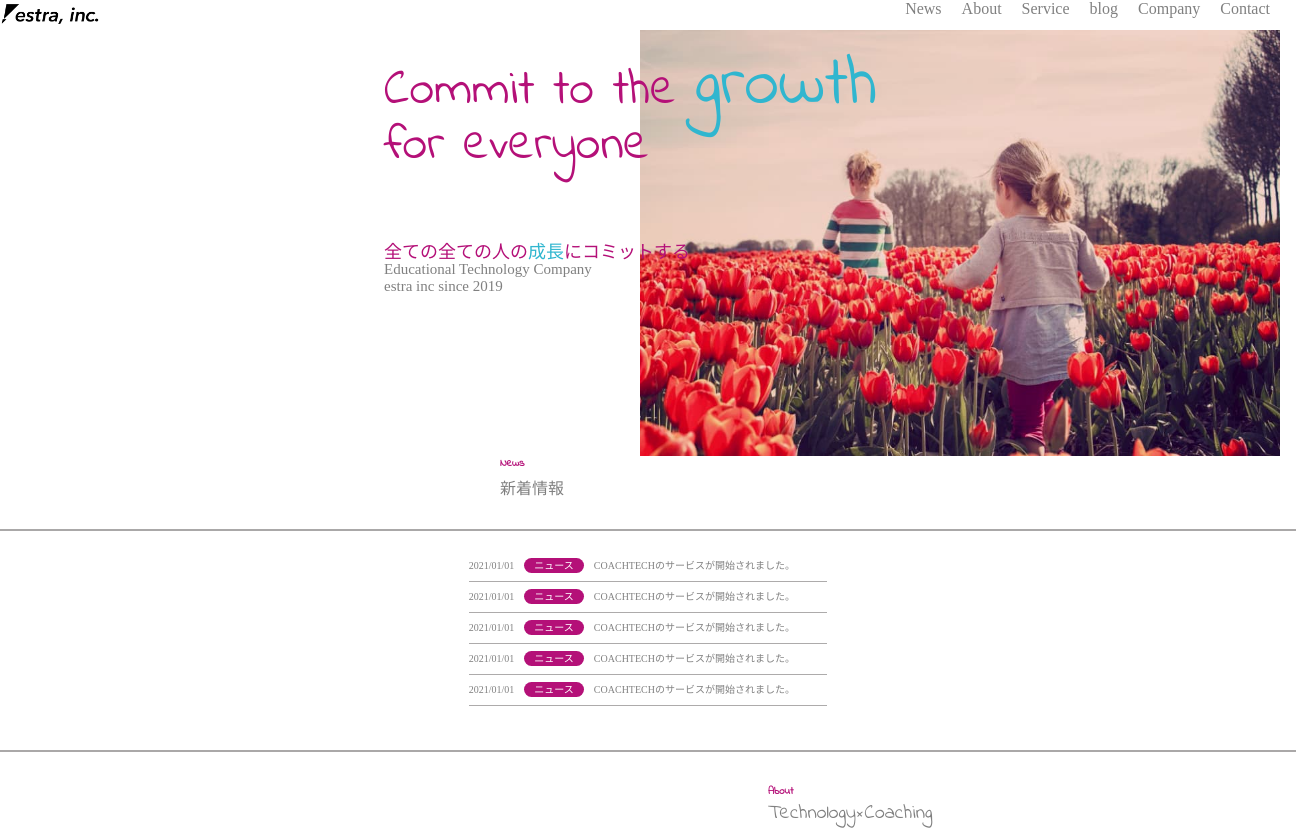
Repository: sigemasaasuka/20210902
Page: index.html
The author's editor kept a copy of each file at every save. The page is drawn from the files as they stood at one save, then again after a run of saves.
The browser window is 1280 px wide. The page is 1296 px wide, then 1280 px, so the pictures cover 1296 px, including what lies to the right of the window. The pictures show the whole page.

Above is the page before, as saved 2021-09-20 16:07:51.

### index.html
<!DOCTYPE html>
<html lang="ja">

<head>
  <meta charset="UTF-8">
  <meta name="viewport" content="width=device-width, initial-scale=1.0">
  <title>Document</title>
  <link rel="stylesheet" href="css/style.css">
  <link rel="stylesheet" href="css/reset.css">
  <link rel="preconnect" href="https://fonts.googleapis.com">
  <link rel="preconnect" href="https://fonts.gstatic.com" crossorigin>
  <link href="https://fonts.googleapis.com/css2?family=Indie+Flower&display=swap" rel="stylesheet">
</head>

<body>
  <div class="flex">
    <div class="logo">
    <img src="img/img/estra_logo.png" alt="estra_logo" width="100px" height="30px">
    </div>
    <div class="parent">
      <div class="child">News</div>
      <div class="child">About</div>
      <div class="child">Service</div>
      <div class="child">blog</div>
      <div class="child">Company</div>
      <div class="child">Contact</div>

    </div>
  </div>
  <div class="relative">
    <img class="relative__img" src="img/img/firstview.jpg" alt="firstview">
    <div class="example">
      <h1>Commit to the <span class="document"> growth</span> <br>for everyone</h1>
    </div>
      <div class="second">
        <h3>全ての全ての人の<span class="second-txt">成長</span>にコミットする</h3>
        <p class="subtitle">Educational Technology Company<br>estra inc since 2019</p>
      </div>
    </div>
    <div class="smlltitle">
    <h6>News</h6>
    </div>
    <div class="list">
      <h3>新着情報</h3>
    </div>
    <div class="local">
      <div class="info">
      <p>
        2021/01/01　<a class="practice__btn">ニュース</a>　COACHTECHのサービスが開始されました。
      </p>
      </div>
      <div class="info">
        <p>
          2021/01/01　<a class="practice__btn">ニュース</a>　COACHTECHのサービスが開始されました。
        </p>
      </div>
      <div class="info">
        <p>
          2021/01/01　<a class="practice__btn">ニュース</a>　COACHTECHのサービスが開始されました。
        </p>
      </div>
      <div class="info">
        <p>
          2021/01/01　<a class="practice__btn">ニュース</a>　COACHTECHのサービスが開始されました。
        </p>
      </div>
      <div class="info">
        <p>
          2021/01/01　<a class="practice__btn">ニュース</a>　COACHTECHのサービスが開始されました。
        </p>
      </div>
  　</div>
  <div class="smlltitle-2">
    <h6>About</h6>
    <p class="list-2">
      Technology×Coaching
    </p>

</body>

</html>

### css/style.css
.img {
  text-align: left;
}

.parent {
  display: flex;
  justify-content: space-between;
  color: gray;
}

.child {
  margin: 0 10px;
  font-weight: lighter;
}

.logo {
  width: 100px;
}
.flex {
  display: flex;
  justify-content: space-between;
  height: 30px;
}

.relative {
  position: relative;
}

.relative__img {
  margin: 0 0 0 auto;
  display: block;
  width: 50%;
}

.example {
  position: absolute;
  top: 5%;
  left: 30%;
  font-size: 50px;
  color: #b41078;
  font-family: "Indie Flower", cursive;
}

.document {
  top: 5%;
  left: 30%;
  font-size: 70px;
  color: #30b6cf;
  font-family: "Indie Flower", cursive;
}

.second {
  position: absolute;
  top: 50%;
  left: 30%;
  font-size: 18px;
  color: #b41078;
}

.second-txt {
  top: 50%;
  left: 30%;
  font-size: 18px;
  color: #30b6cf;
}

.subtitle {
  margin: 0;
  font-size: 15px;
  color: gray;
  font-weight: lighter;
}

.smlltitle {
  color: #b41078;
  font-family: "Indie Flower", cursive;
  margin-left: 500px;
}

.list {
  color: gray;
  margin-left: 500px;
  margin-top: 10px;
}

.local {
  margin-left: 50%;
  padding: 20px 200px;
  margin: 2em 0;
  border-color: rgb(170, 168, 168);
  border-top: solid 2px rgb(170, 168, 168);
  border-bottom: solid 2px rgb(170, 168, 168);
  width: 70%;
}

.info {
  border-width: 0 0 1px 0;
  border-style: solid;
  line-height: 30px;
  border-color: rgb(173, 171, 171);
  margin-top: 20px;
  margin: 0 auto;
  font-size: 10px;
  color: gray;
  width: 40%;
}

.practice__btn {
  width: 100px;
  padding: 2px 10px;
  color: #fff;
  border-radius: 30px;
  background-color: #b41078;
  text-align: center;
  margin: 0 auto 0;
}

.smlltitle-2 {
  color: #b41078;
  font-family: "Indie Flower", cursive;
  margin-left: 60%;
}

.list-2 {
  color: gray;
  font-size: 20px;
}

### css/reset.css
@charset "UTF-8";
html,
body,
div,
span,
applet,
object,
iframe,
h1,
h2,
h3,
h4,
h5,
h6,
p,
blockquote,
pre,
a,
abbr,
acronym,
address,
big,
cite,
code,
del,
dfn,
em,
img,
ins,
kbd,
q,
s,
samp,
small,
strike,
strong,
sub,
sup,
tt,
var,
b,
u,
i,
center,
dl,
dt,
dd,
ol,
ul,
li,
fieldset,
form,
label,
legend,
table,
caption,
tbody,
tfoot,
thead,
tr,
th,
td,
article,
aside,
canvas,
details,
embed,
figure,
figcaption,
footer,
header,
hgroup,
menu,
nav,
output,
ruby,
section,
summary,
time,
mark,
audio,
video {
  margin: 0;
  padding: 0;
  border: none;
  font-style: normal;
  text-align: left;
  zoom: 1;
}
article,
aside,
details,
figcaption,
figure,
footer,
header,
hgroup,
menu,
nav,
section {
  display: block;
}
table {
  border-collapse: collapse;
  font-family: inherit;
}
h1,
h2,
h3,
h4,
h5 {
  font-size: 100%;
  font-weight: normal;
  line-height: 1;
}
input,
textarea,
select {
  font-family: inherit;
  font-size: 16px;
}
input[type="button"],
input[type="text"],
input[type="submit"] {
  -webkit-appearance: none;
  border-radius: 0;
}
textarea {
  resize: none;
  -webkit-appearance: none;
  border-radius: 0;
}
th,
td {
  border-collapse: collapse;
}
table th,
table td {
  white-space: nowrap;
}
ul,
ol {
  list-style-type: none;
}
img {
  vertical-align: text-bottom;
  vertical-align: -webkit-baseline-middle;
  max-width: 100%;
  height: auto;
  width/***/: auto;
}

After the next 3 saves:
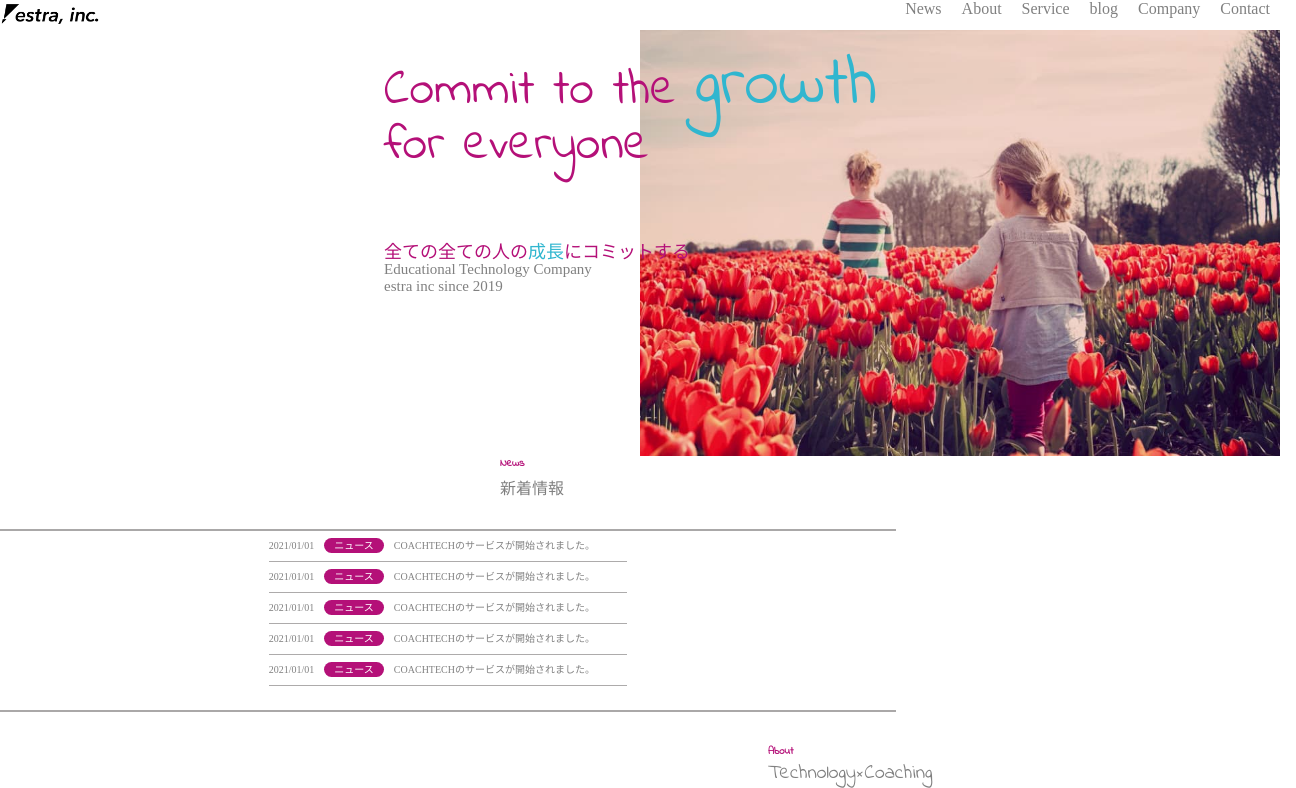
The 3 saves are shown as one change because they came seconds apart.
The last was saved 11 min 10 s later.
--- a/css/style.css
+++ b/css/style.css
@@ -84,8 +84,9 @@
 }
 
 .local {
+  margin-top: ;
   margin-left: 50%;
-  padding: 20px 200px;
+
   margin: 2em 0;
   border-color: rgb(170, 168, 168);
   border-top: solid 2px rgb(170, 168, 168);
